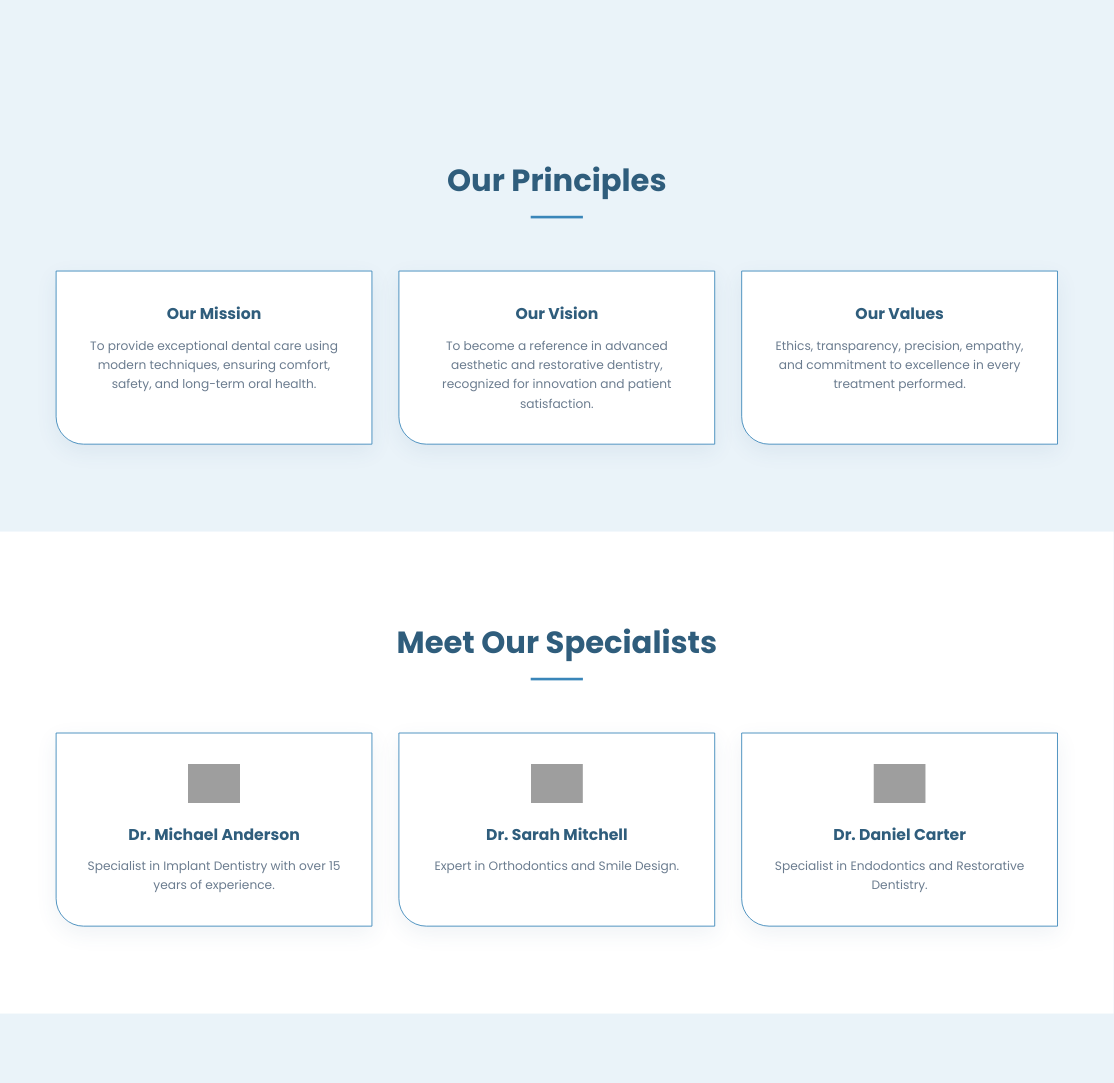
Repository: davidfsillva/OdontoPrime
Page: about.html
An editor plug-in stored every save of this project. The page is shown before and after the next save, followed by the edit.
The browser window is 1280 px wide. The pictures show the part of the page from y = 969 to 2214 px (the page is 3305 px tall before and 3355 px after), at 87% of full size.
Pictures or frames that could not be fetched are drawn as grey boxes. A picture or video elsewhere on the page could not be fetched, so the positions and the page height are approximate.

Above is the page before, as saved 2026-02-16 21:44:59.

After the next save:
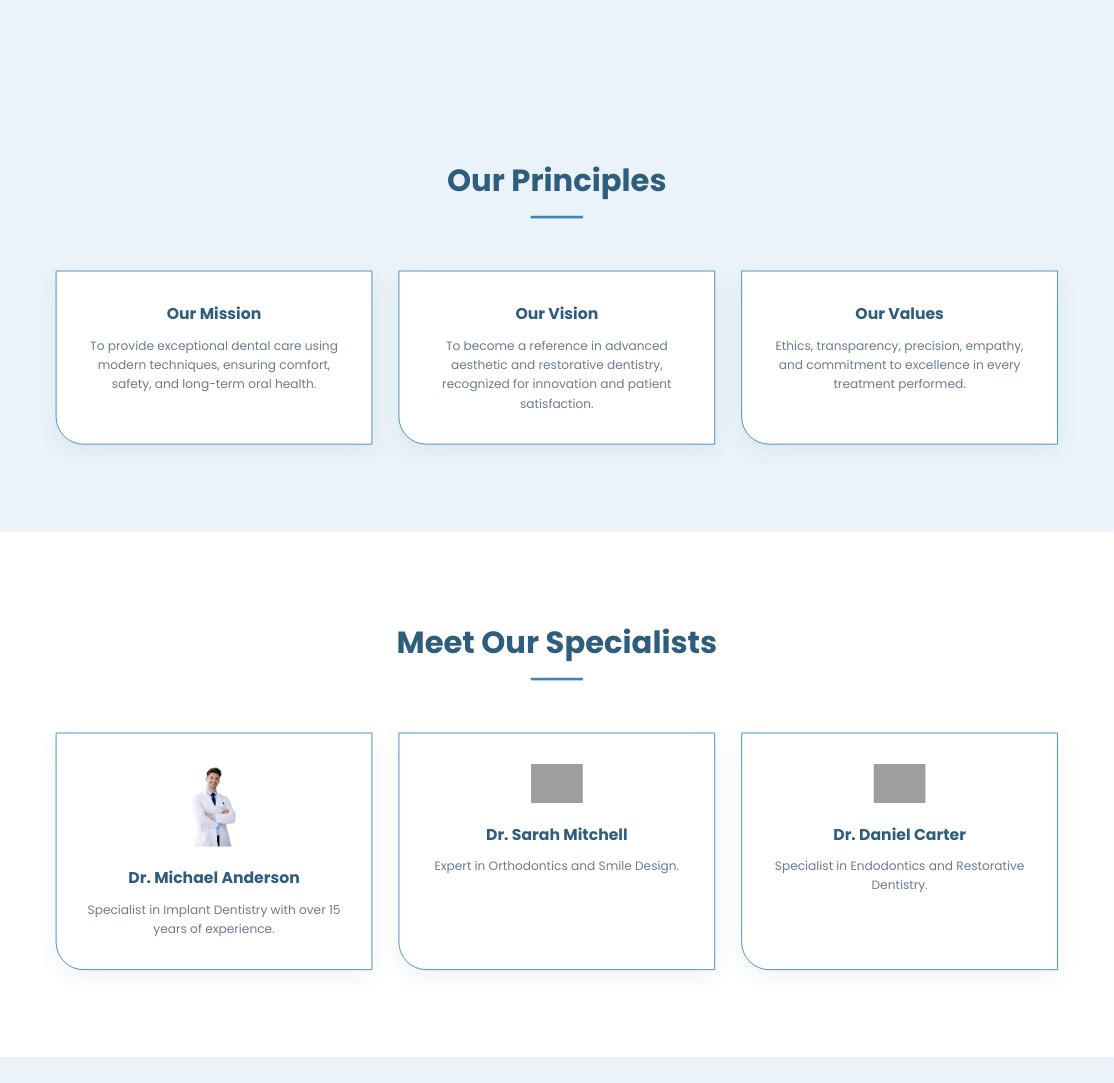
Saved 6 s later.
--- a/about.html
+++ b/about.html
@@ -107,7 +107,7 @@
         <div class="dept-grid">
 
             <div class="card">
-                <img src="img/" alt="Lead dentist">
+                <img src="img/dr - Copia.png" alt="Lead dentist">
                 <h3>Dr. Michael Anderson</h3>
                 <p>Specialist in Implant Dentistry with over 15 years of experience.</p>
             </div>
